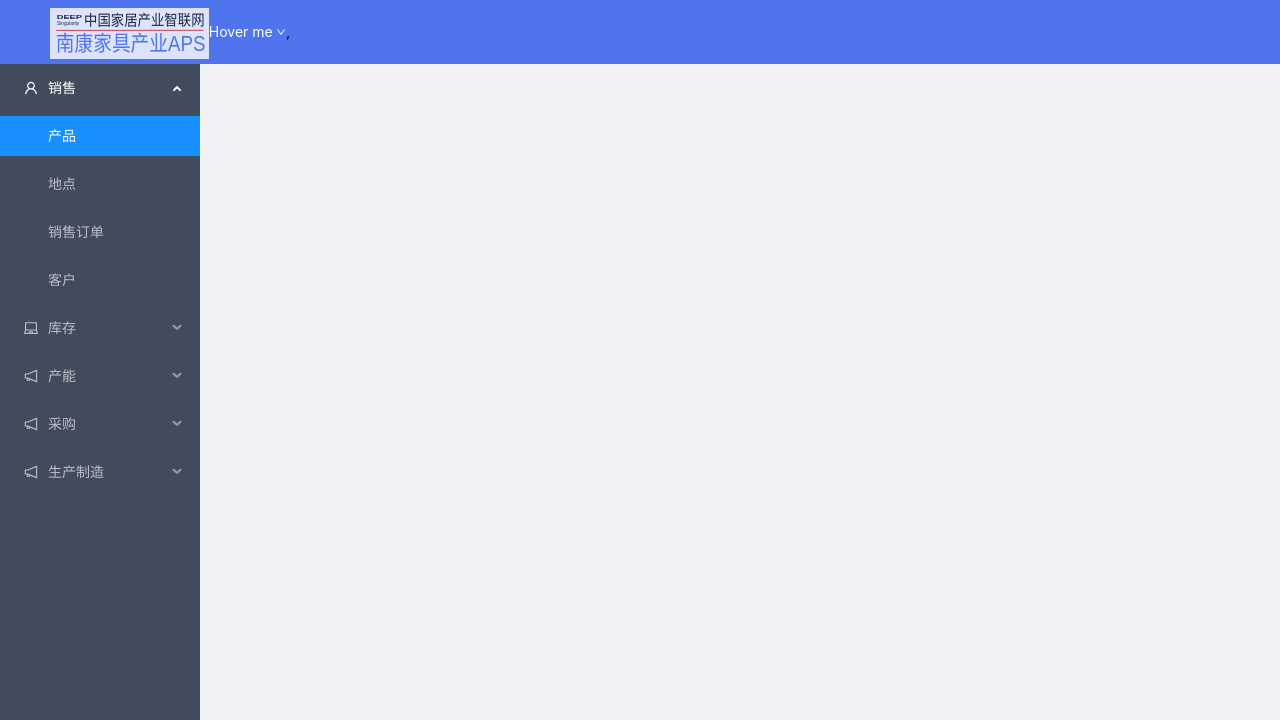
Repository: Vsran/management
Page: /main
These files come from the project's save history. The page is drawn as it stood at one moment and after the next save; the edit follows.
The browser window is 1280 px wide. The pictures show the whole page.
The project was rebuilt for these pictures with package versions that can differ from the ones it lists, and the page was loaded fresh each time. Also part of the build but not shown: src/pages/login.js, src/pages/register/index.js.

Above is the page before, as saved 2021-02-19 15:14:15.

After the next save:
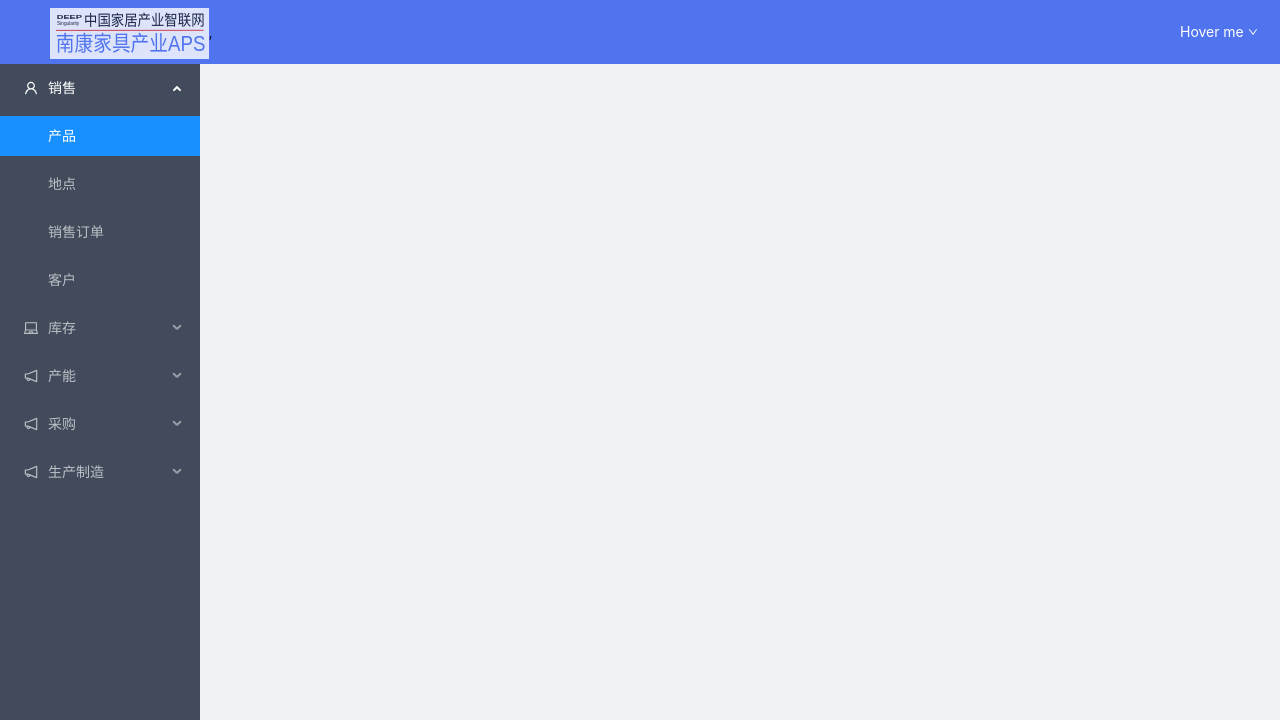
Saved 2 min 39 s later.
--- a/src/components/layout/userLayout.scss
+++ b/src/components/layout/userLayout.scss
@@ -18,6 +18,11 @@
 .header{
     justify-content: space-between;
     a{
+        display: block;
+        width: 100px;
         color: #fff;
+        position: absolute;
+        right: 0;
+        top: 0;
     }
 }
